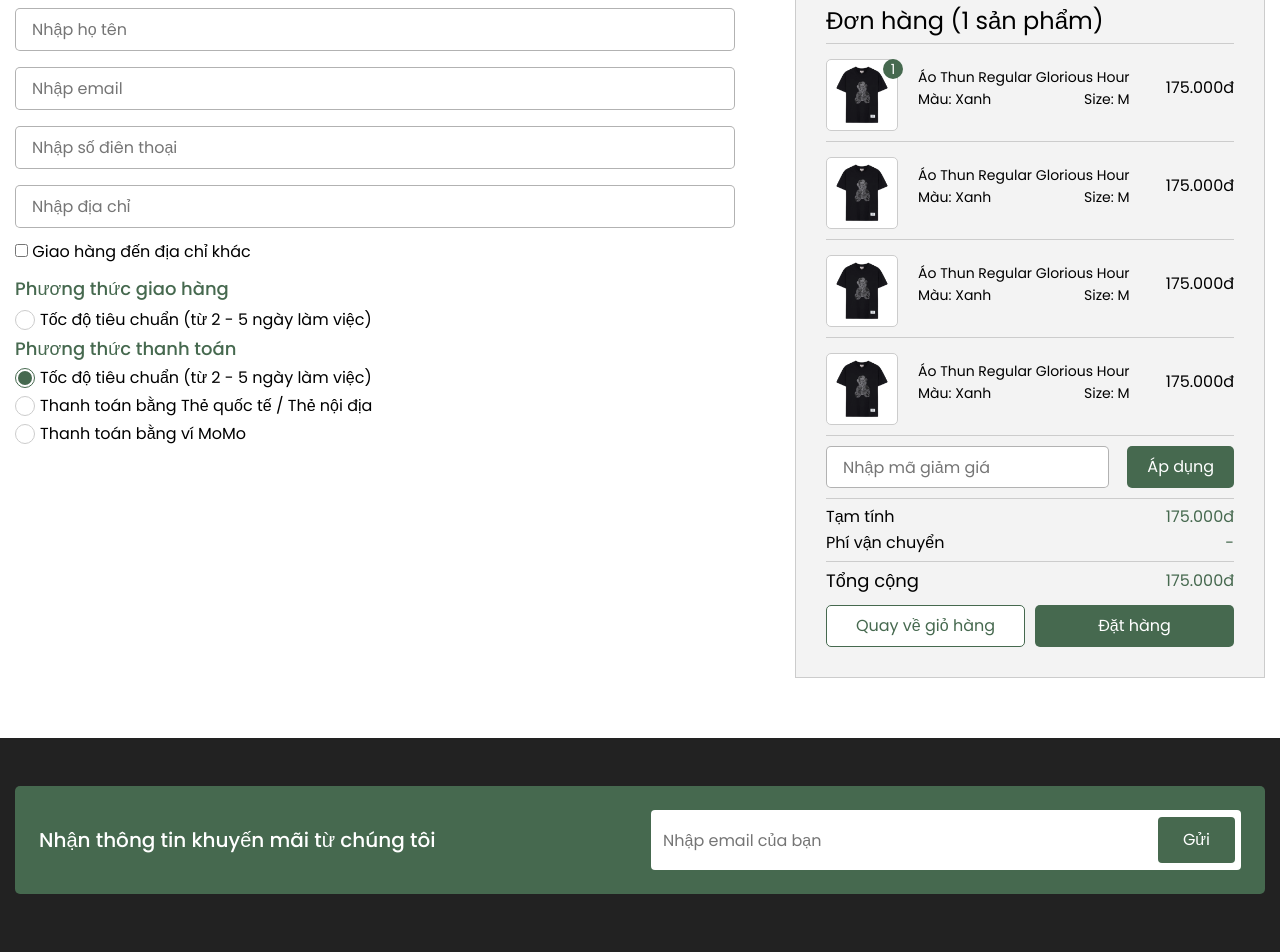
Repository: Toan3333/duanmau
Page: assets/pages/thanhtoan.html
The author's editor kept a copy of each file at every save. The page is drawn from the files as they stood at one save, then again after the next save.
The browser window is 1280 px wide. The pictures show the part of the page from y = 563 to 1515 px (the page is 1927 px tall before and 1731 px after).
A picture or video elsewhere on the page could not be fetched, so the positions and the page height are approximate. Some web libraries are served in a nearby version.

Above is the page before, as saved 2023-11-14 12:52:41.

After the next save:
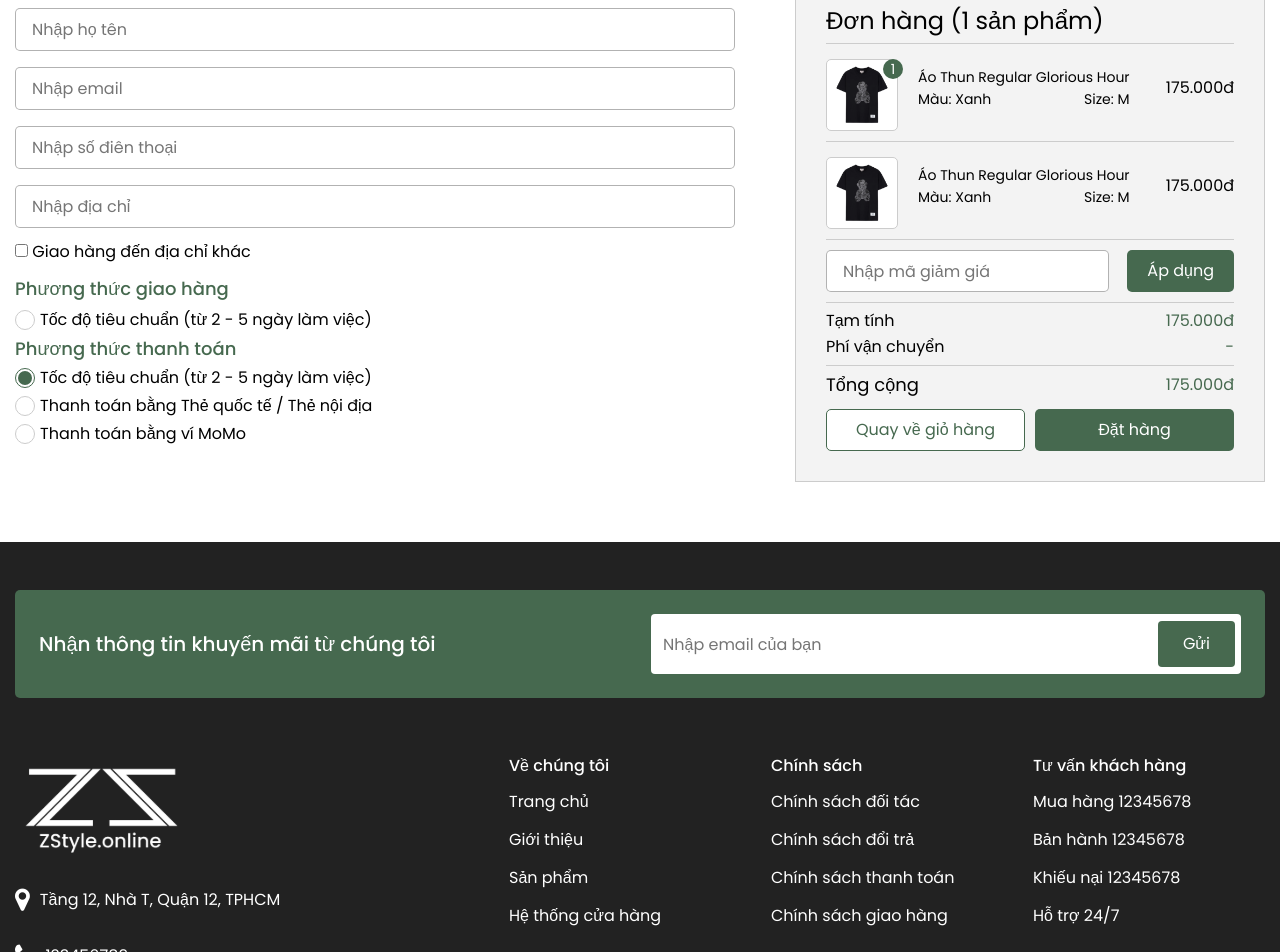
Saved 10 s later.
--- a/assets/pages/thanhtoan.html
+++ b/assets/pages/thanhtoan.html
@@ -309,36 +309,6 @@
                     </div>
                     <div class="checkout-right-price">175.000đ</div>
                   </div>
-                  <div class="checkout-right-list">
-                    <div class="checkout-right-item">
-                      <div class="checkout-right-image">
-                        <img src="../images/product-1.png" alt="" />
-                      </div>
-                      <div class="checkout-right-content">
-                        <div class="checkout-right-title">Áo Thun Regular Glorious Hour</div>
-                        <div class="checkout-right-main">
-                          <div class="checkout-right-color">Màu: Xanh</div>
-                          <div class="checkout-right-size">Size: M</div>
-                        </div>
-                      </div>
-                    </div>
-                    <div class="checkout-right-price">175.000đ</div>
-                  </div>
-                  <div class="checkout-right-list">
-                    <div class="checkout-right-item">
-                      <div class="checkout-right-image">
-                        <img src="../images/product-1.png" alt="" />
-                      </div>
-                      <div class="checkout-right-content">
-                        <div class="checkout-right-title">Áo Thun Regular Glorious Hour</div>
-                        <div class="checkout-right-main">
-                          <div class="checkout-right-color">Màu: Xanh</div>
-                          <div class="checkout-right-size">Size: M</div>
-                        </div>
-                      </div>
-                    </div>
-                    <div class="checkout-right-price">175.000đ</div>
-                  </div>
                 </div>
                 <div class="voucher">
                   <div class="voucher-list">
